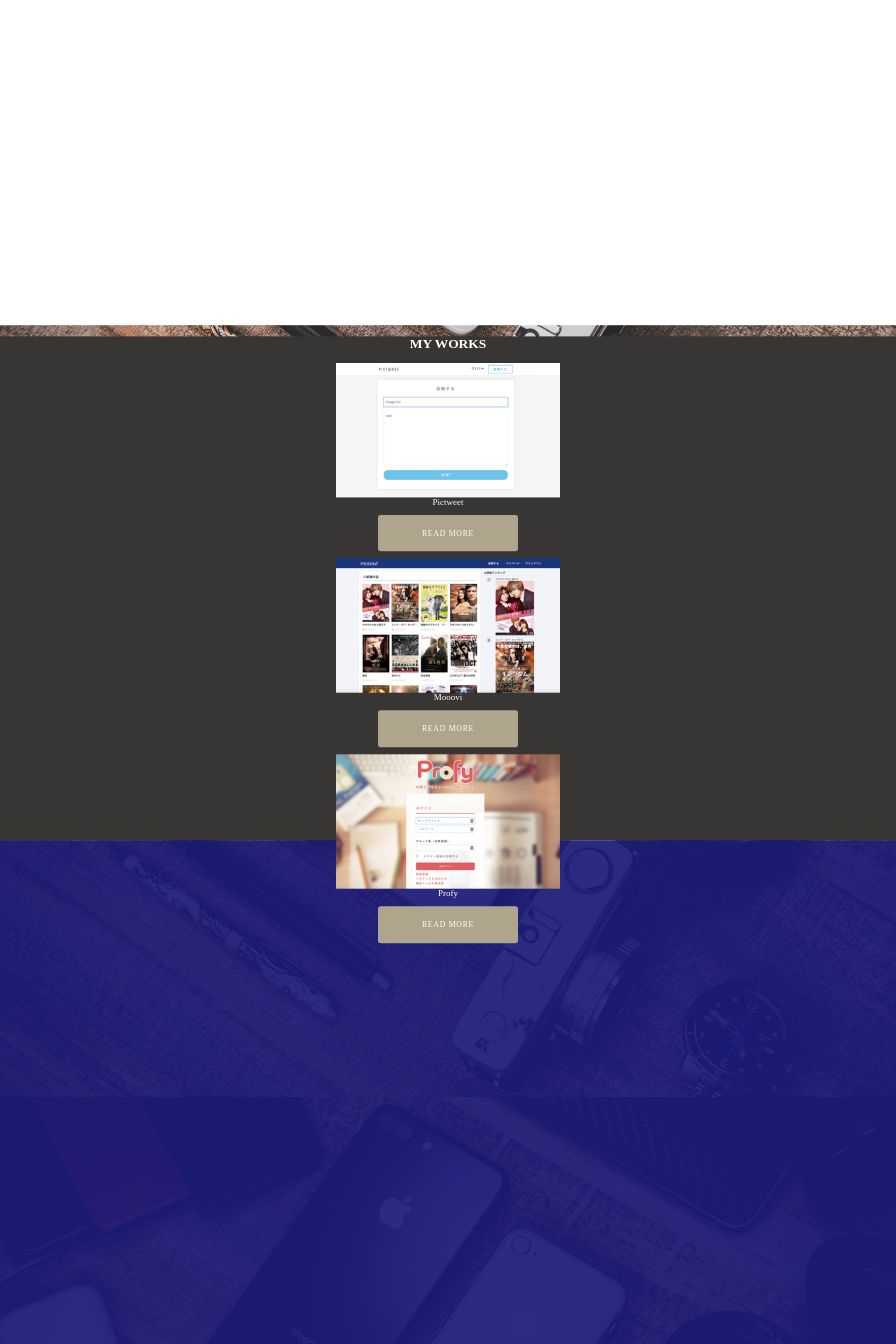
Repository: Kame0012/git_nekotter
Page: HTML-lesson/index.html
The author's editor kept a record of every edit. The page is drawn from the files as they stood at one moment, then again after the next edit.
The browser window is 1280 px wide. The pictures show the part of the page from y = 992 to 2912 px (the page is 2912 px tall), at 70% of full size.
Backgrounds fixed to the window are drawn as part of the page.

Above is the page before.

### HTML-lesson/index.html
<html>
<head>
  <meta charset="UTF-8" />
  <title></title>
  <link rel="stylesheet" href="normalize.css">
  <link rel="stylesheet" href="style.css">
</head>
<body>
  <header class="header">
    <p class="site-title-sub">----- Web application portfolio -----</p>
    <h1 class="site-title">My WORKS</h1>
    <p class="site-description">Check out some of my works.</p>
    <div class="buttons">
    <a class="button" href="#about">Learn MORE</a>
    <a class="button button-orange" href="#contact">SEND MESSAGE</a>
  </div>
  </header>

  <section class="about" id="about">
    <h2 class="heading">PROFILE</h2>
  　<p class="about-text">
    子どもの頃からモノづくりが好きで、いまはウェブアプリをつくることにハマっています。
    Railsは難しくて最初は使えるようになるのかな？と不安に感じましたが、いまは本当に便利なフレームワークだなと思っています。<br>
    これから、共通の趣味を持った仲間がコミュニケーションを取れるようなオリジナルアプリをつくっていきます。来月リリース予定なので、興味のある方はぜひお試しください！
  　</p>
  </section>

  <section class="works">

  <h2 class="heading">MY WORKS</h2>
  <div class="works-wrapper">
    <div class="work-box">
      <img class="work-image" src="images/pictweet.jpg" alt="制作事例">
      <div class="work-description">
        Pictweet<br>
        <a href="#" class="button button-ghost">READ MORE</a>
      </div>
    </div>

    <div class="work-box">
      <img class="work-image" src="images/mooovi.jpg" alt="制作事例">
      <div class="work-description">
        Mooovi<br>
        <a href="#" class="button button-ghost">READ MORE</a>
      </div>
    </div>

    <div class="work-box">
      <img class="work-image" src="images/profy.jpg" alt="制作事例">
      <div class="work-description">
        Profy<br>
        <a href="#" class="button button-ghost">READ MORE</a>
      </div>
    </div>
  </div>
</section>
  </section>

  <section class="contact" id="contact">
  </section>
</body>
</html>

### HTML-lesson/style.css
* {
    box-sizing: border-box;
}

body {
    color: #fff;
    text-align: center;
    font-size: 0.8rem;
    background: url('images/bg.jpg') fixed;
    background-size: cover;
}

.header {
    padding: 170px 30px 80px;
    height: 100vh;
    background-color: rgba(25, 25, 120, 0.9);
}

.site-title-sub {
    margin: 0 0 30px;
    letter-spacing: 1px;
    font-size: 1.2rem;
}

.site-title {
    margin: 50px;
    font-size: 4.5rem;
}

.site-description {
    margin-bottom: 50px;
    color: #888;
}

.button {
    display: inline-block;
    width: 200px;
    padding: 20px;
    margin: 10px;
    border-radius: 4px;
    background-color: #afa58d;
    color: #fff;
    text-decoration: none;
    letter-spacing: 1px;
    font-size: 0.7rem;
}

.button:hover {
    opacity: 0.9;
}

.button-orange {
    background-color: #f1b400;
}

.about {
  height: 100vh;
  background-color: #ffffff;
}

.works {
  height: 100vh;
  background-color: #383634;
}

.contact {
  height: 100vh;
  background-color: rgba(25, 25, 120, 0.9);
}

Loaded but not shown: HTML-lesson/normalize.css (library)

After the next edit:
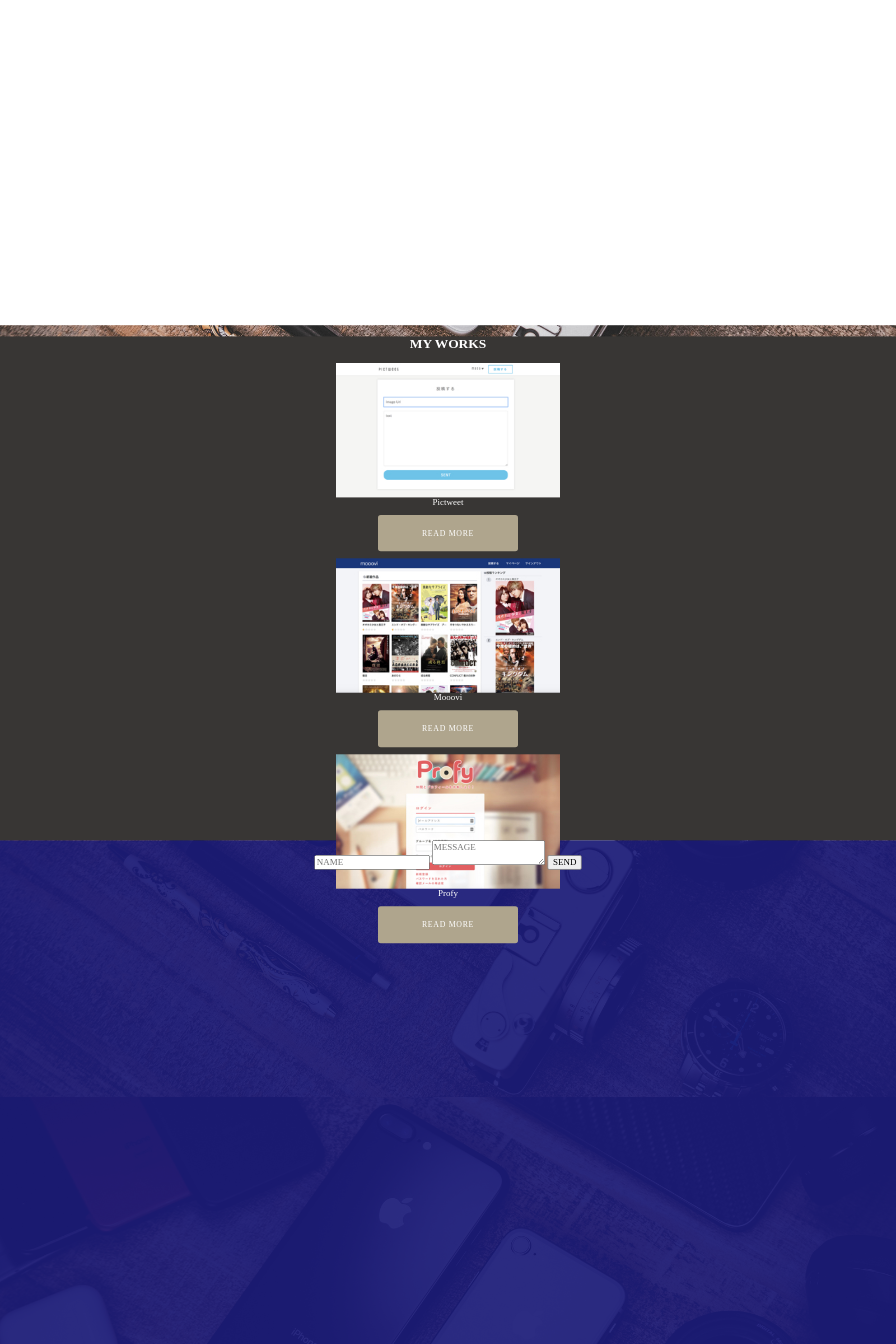
The edit:
--- a/HTML-lesson/index.html
+++ b/HTML-lesson/index.html
@@ -57,6 +57,11 @@
   </section>
 
   <section class="contact" id="contact">
+  <form class="contact-form">
+    <input type="text" name="name" placeholder="NAME">
+    <textarea name="message" placeholder="MESSAGE"></textarea>
+    <input type="submit" value="SEND">
+  </form>
   </section>
 </body>
 </html>
